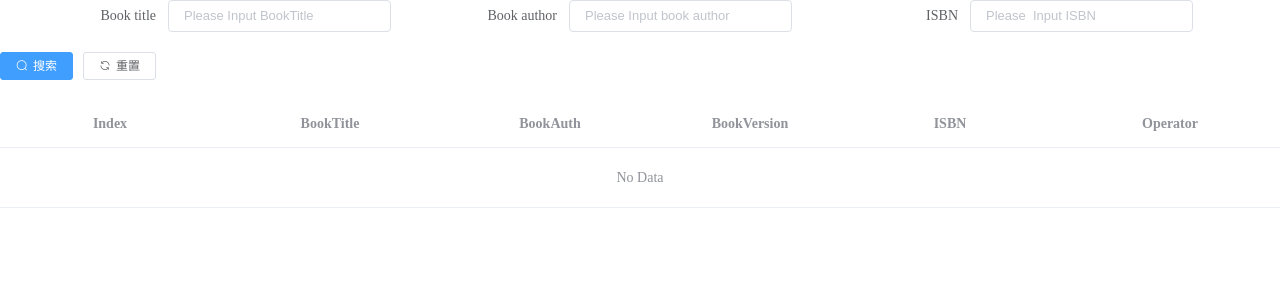
Repository: jacklihy/capgeminitestfrontend
Page: /
These files come from the project's save history. The page is drawn as it stood at one moment and after the next save; the edit follows.
The browser window is 1280 px wide. The pictures show the whole page.
The page's requests for data from a server got no answer. The project was rebuilt for these pictures with package versions that can differ from the ones it lists, and the page was loaded fresh each time. No one was signed in, and anything a server would have sent is missing. Also part of the build but not shown: vue.config.js.

Above is the page before, as saved 2024-03-08 17:39:51.

After the next save:
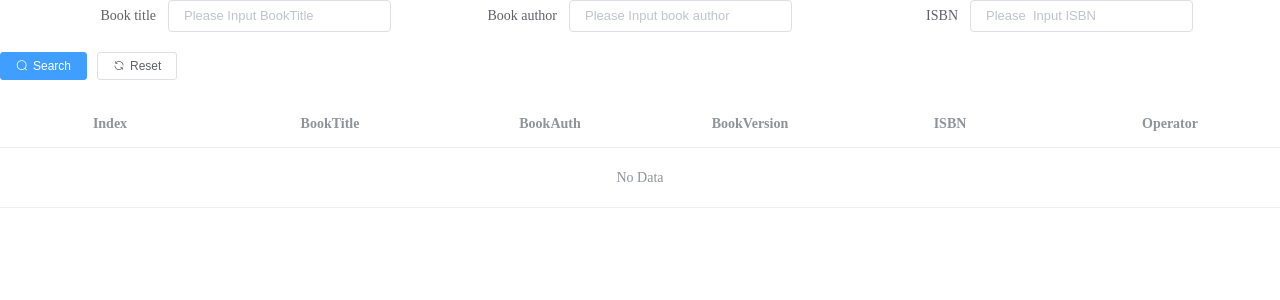
Saved 28 s later.
--- a/src/components/book.vue
+++ b/src/components/book.vue
@@ -27,8 +27,8 @@
           />
         </el-form-item>
         <el-form-item>
-          <el-button type="primary" icon="el-icon-search" size="mini" @click="handleQuery">搜索</el-button>
-          <el-button icon="el-icon-refresh" size="mini" @click="resetQuery">重置</el-button>
+          <el-button type="primary" icon="el-icon-search" size="mini" @click="handleQuery">Search</el-button>
+          <el-button icon="el-icon-refresh" size="mini" @click="resetQuery">Reset</el-button>
         </el-form-item>
       </el-form>
 
